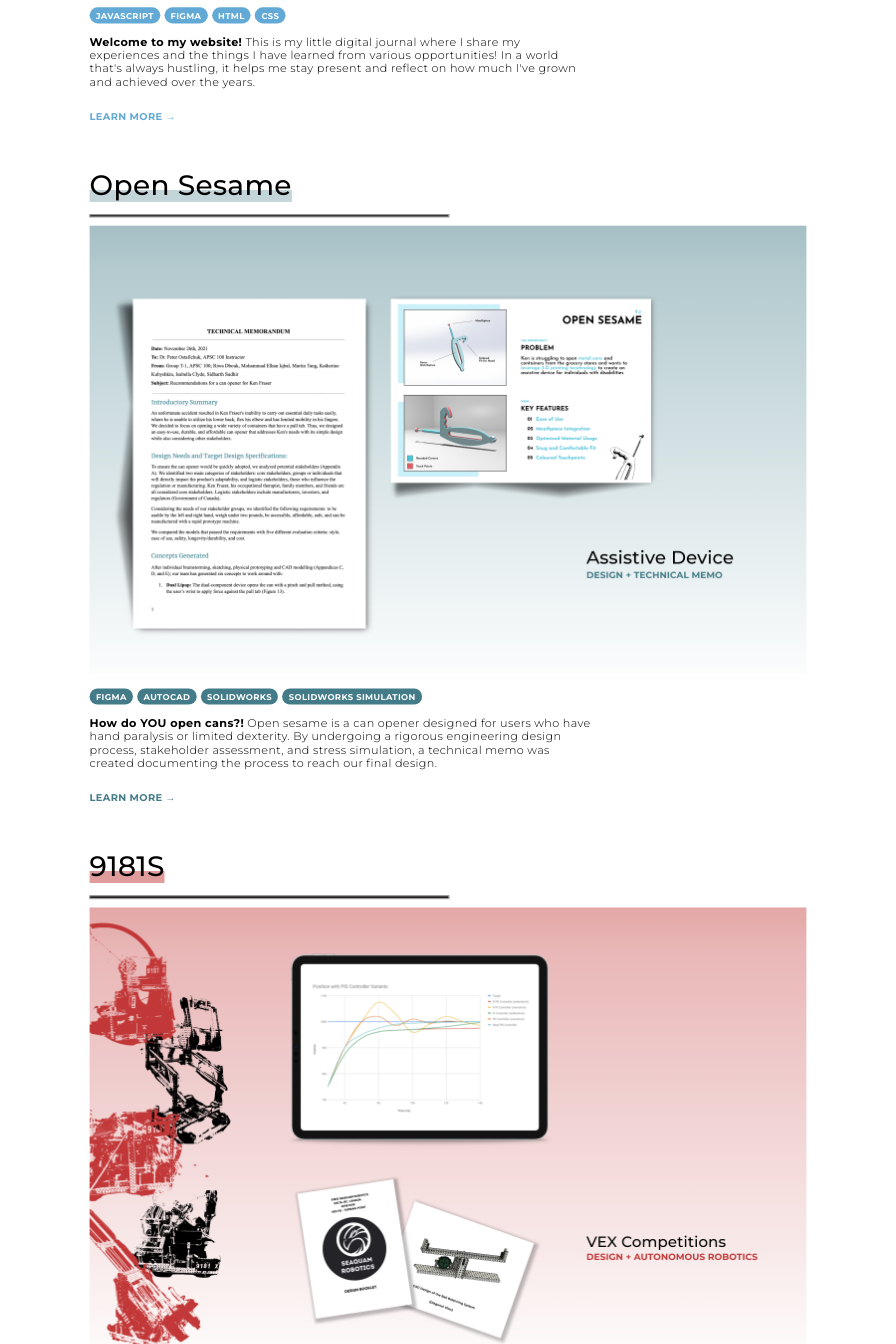
Repository: TangMartin/martintang
Page: index.html
The author's editor kept a copy of each file at every save. The page is drawn from the files as they stood at one save, then again after the next save.
The browser window is 1280 px wide. The pictures show the part of the page from y = 2828 to 4748 px (the page is 5186 px tall), at 70% of full size.

Above is the page before, as saved 2021-11-30 23:29:13.

### index.html
<!DOCTYPE html>

<html>
    <head>
        <link href="./styles/style.css" rel="stylesheet">
        <link rel="preconnect" href="https://fonts.googleapis.com">
        <link rel="preconnect" href="https://fonts.gstatic.com" crossorigin>
        <link href="https://fonts.googleapis.com/css2?family=Montserrat:wght@300;500;700&display=swap" rel="stylesheet">
        <meta name="viewport" content="width=device-width, initial-scale=1.0">
        <link rel="icon" type"image/x-icon" href="./assets/images/Favicon.png">
        <title> Martin Tang</title>
    </head>

    <body>
        <!-- Main Page-->
        <div class="flex-main">
            <!-- Left Box-->
            <div class="flex-left">
                <h1 class="fade-in1">Hello! <span class="wave" style="margin-left: 4%;">👋🏻</span> </h1>
                <h1 class="fade-in2">I'm Martin Tang</h1>
                <hr style="height:5px; width:15%; margin-left:0; background-color:#222020; display: inline-block">
                <h3 class="fade-in3">I'm a <strong>developer</strong> who believes in leveraging technology to build more inclusive, ethical and innovative softwares. </h3>
                <h3 class="fade-in3">I strive to create genuine relationships and values for both businesses, organizations, and users.</h3>
            </div>
            <!-- Right Box -->
            <div id="phone" class="flex-right">
                <div class="image-stack">
                    <a style="grid-column: 8; grid-row: 10; cursor: pointer; --turn-radius: 12deg; cursor: pointer;" href="./Martin_Tang_Resume.pdf" target="_blank">
                        <img src="./assets/polaroids/Resume.png"/>
                    </a>
                    <img style="grid-column: 3; grid-row: 1; --turn-radius: -12deg;" src="./assets/polaroids/Apsc100.png" />
                    <img style="grid-column: 1; grid-row: 7; --turn-radius: -12deg;" src="./assets/polaroids/Sunset.png" />
                    <img style="grid-column: 7; grid-row: 5; --turn-radius: 15deg;" src="./assets/polaroids/Hongkongpng.png" />
                    <a style="grid-column: 3; grid-row: 12; --turn-radius: -12deg; cursor: pointer;" href="#featuredwork">
                        <img src="./assets/polaroids/Aboutme.png" />
                    </a>
                    <img style="grid-column: 4; grid-row: 5; --turn-radius: -4deg;"src="./assets/polaroids/Jetski.png" />
                    <a style="grid-column: 5; grid-row: 9; --turn-radius: 10deg; cursor: pointer;" href="./pages/aboutme.html">
                        <img src="./assets/polaroids/Projects.png"/>
                    </a>
                </div>
            </div>
        </div>

         <!-- Featured Work -->
        <div class="featured_work" id="featuredwork">
            <h1 style="text-align: center; padding-top: 5rem;"> Featured Work </h1>
            <ul class="work_list">

                <!-- Umami -->
                <li class="work_item" style="--work-color: #447551;">
                    <h1><span class="highlight" style="--highlighter-color: #44755154;">Umami</span></h1>
                    <hr style="height:2.5px; width:50%; margin-left:0; background-color:#222020; display: inline-block; margin">
                    <img class="work_image" src="./assets/images/Umami.png" />
                    <div class="technologies">
                        <p>FASTAPI</p>
                        <p>REACT NATIVE</p>
                        <p>REDUX-SAGA</p>
                        <p>MySQL</p>
                        <p>DOCKER</p>
                        <p>PYTHON</p>
                    </div>
                    <p class="work_description">
                        <strong>IN PROGRESS!</strong> - A mobile application and website for users to search for recipes based on ingredients 🥑 The application allows user to create an account, view recipes scraped from the web, and be apart of a community full of hungry college students OR self-proclaimed chefs.
                    </p>
                    <h3> LEARN MORE → </h3>
                </li>

                <!-- Personal Website -->
                <li class="work_item" style="--work-color: #62AAD5;">
                    <h1><span class="highlight" style="--highlighter-color: #a5cde4b6;">Martintang</span></h1>
                    <hr style="height:2.5px; width:50%; margin-left:0; background-color:#222020; display: inline-block">
                    <img class="work_image" src="./assets/images/Personalwebsite.png" />
                    <div class="technologies">
                        <p>JAVASCRIPT</p>
                        <p>FIGMA</p>
                        <p>HTML</p>
                        <p>CSS</p>
                    </div>
                    <p class="work_description">
                        <strong>Welcome to my website!</strong> This is my little digital journal where I share my experiences and the things I have learned from various opportunities! In a world that's always hustling, it helps me stay present and reflect on how much I've grown and achieved over the years.
                    </p>
                    <h3> LEARN MORE → </h3>
                </li>

                <!-- Assistive Device -->
                <li class="work_item" style="--work-color: #437C88;">
                    <h1><span class="highlight" style="--highlighter-color: #437c8852;">Open Sesame</span></h1>
                    <hr style="height:2.5px; width:50%; margin-left:0; background-color:#222020; display: inline-block">
                    <img class="work_image" src="./assets/images/Assistivedevice.png" />
                    <div class="technologies">
                        <p>FIGMA</p>
                        <p>AUTOCAD</p>
                        <p>SOLIDWORKS</p>
                        <p>SOLIDWORKS SIMULATION</p>
                    </div>
                    <p class="work_description">
                        <strong>How do YOU open cans?!</strong> Open sesame is a can opener designed for users who have hand paralysis or limited dexterity. By undergoing a rigorous engineering design process, stakeholder assessment, and stress simulation, a technical memo was created documenting the process to reach our final design.
                    </p>
                    <h3> LEARN MORE → </h3>
                </li>

                <!-- VEX Robotics -->
                <li class="work_item" style="--work-color: #C23838;">
                    <h1><span class="highlight" style="--highlighter-color: #c2383880;">9181S</span></h1>
                    <hr style="height:2.5px; width:50%; margin-left:0; background-color:#222020; display: inline-block">
                    <img class="work_image" src="./assets/images/Robotics.png" />
                    <div class="technologies">
                        <p>C++</p>
                        <p>ODOMETRY</p>
                        <p>PROS</p>
                        <p>AUTOCAD</p>
                        <p>FUSION360</p>
                    </div>
                    <p class="work_description">
                        <strong>How do YOU open cans?!</strong> Open sesame is a can opener designed for users who have hand paralysis or limited dexterity. By undergoing a rigorous engineering design process, stakeholder assessment, and stress simulation, a technical memo was created documenting the process to reach our final design.
                    </p>
                    <h3> LEARN MORE → </h3>
                </li>
            </ul>

            <!-- Footer -->
            <footer>
                <div>
                    <ul>
                        <li><a href="https://martintang.xyz"><img src="./assets/footericons/Website.png" height="30px"></a></li>
                        <li><a href="https://github.com/TangMartin" target="_blank"><img src="./assets/footericons/Github.png" height="30px"></a></li>
                        <li><a href="https://linkedin.com/in/martin-txng" target="_blank"><img src="./assets/footericons/Linkedin.png" height="30px"></a></li>
                        <li><a href="mailto:martintxng@gmail.com" target="_blank"><img src="./assets/footericons/Mail.png" height="30px"></a></li>
                        <li><a href="mailto:martintxng@gmail.com target="_blank""><img src="./assets/footericons/Twitter.png" height="30px"></a></li>
                        <li><a href="https://www.instagram.com/martintxng" target="_blank"><img src="./assets/footericons/Instagram.png" height="30px"></a></li>
                    </ul>
                </div>
            </footer>
        </div>
    </body>
</html>

### styles/style.css
:root {
    --highlighter-color: #EEDF5B;
    --work-color: #1cca73;
    --turn-radius: 6deg;
}

html{
    scroll-behavior: smooth;
}
body {
    max-width: 70rem;
    margin-right: auto;
    margin-left: auto;
    width: 80vw;
    padding-top: 2rem;
}

body,
h1,
h2,
h3,
h4,
h5 {
  font-family: 'Montserrat', sans-serif;
  letter-spacing: 0.5px;
}

h3 {
    margin-top: 10px;
    color: #222020;
    font-size: 20px;
    font-weight: 300;
}

/* MAIN PAGE */
.flex-main {
    display: flex;
    flex-direction: row;
}
.flex-main h1 {
    display: flex;
    flex-direction: row;
    font-size: 50px;
    margin: 5px 0px 10px 0px;
}

.flex-left {
    width: 40%;
    padding-top: 23%;
    padding-bottom: 2%;
}
.flex-right {
    width: 60%;
}
.image-stack{
    display: grid;
    grid-template-columns: repeat(12, 55px);
    grid-template-rows: repeat(19, 48px);
    padding-left: 10%;

}
.image-stack img {
    transition: all 0.3s ease-in-out 0s;
}
.image-stack img:hover {
    transform: rotate(var(--turn-radius));
    transition: all 0.3s ease-in-out 0s;
}

.wave {
    animation-name: wave-animation;
    animation-duration: 2.5s;
    animation-iteration-count: infinite;
    transform-origin: 70% 70%;
    display: inline-block;
  }

  @keyframes wave-animation {
      0% { transform: rotate( 0.0deg) }
     10% { transform: rotate(14.0deg) }  /* The following five values can be played with to make the waving more or less extreme */
     20% { transform: rotate(-8.0deg) }
     30% { transform: rotate(14.0deg) }
     40% { transform: rotate(-4.0deg) }
     50% { transform: rotate(10.0deg) }
     60% { transform: rotate( 0.0deg) }  /* Reset for the last half to pause */
    100% { transform: rotate( 0.0deg) }
  }
.fade-in1 {
    opacity: 0;
	animation: fadeIn;
    animation-duration: 2s;
    animation-fill-mode: forwards;
}
.fade-in2 {
    opacity: 0;
	animation: fadeIn;
    animation-duration: 2s;
    animation-delay: 1s;
    animation-fill-mode: forwards;
}
.fade-in3 {
    opacity: 0;
	animation: fadeIn;
    animation-duration: 3s;
    animation-delay: 1.5s;
    animation-fill-mode: forwards;
}
@keyframes fadeIn {
  from {
  	opacity: 0;
  }
  to {
 	opacity: 1;
  }
}

/* FEATUERED WORK */
.featured_work {
    margin-top: -5%;
}
.featured_work h1 {
    font-size: 40px;
}
.work_list {
    list-style: none;
    padding-left: 0;
}
.work_item {
    margin-top: 4rem;
}
.work_item h1{
    margin-bottom: 1%;
}
.work_item h3{
    margin-top: 3%;
    font-weight: bold;
    font-size: 14px;
    color: var(--work-color);
}
.work_image {
    max-width: 100%;
}
.work_description {
    margin-top: 5px;
    font-weight: 350;
    width: 70%;
}
.highlight {
    background: linear-gradient(180deg, #FFFFFF 65%, var(--highlighter-color) 65%);
    font-weight: 400;
}
.technologies {
    margin-top: 5px;
    display: flex;
    flex-direction:row;
    color: var(--work-color);
}
.technologies p {
    font-size: 12px;
    margin-right: 6px;
    color: #FFFFFF;
    font-weight: 600;
    border-radius:20px;
    padding: 4px 9px 4px 9px;
    background: var(--work-color);
}
/* ABOUT ME */
.aboutme_image {
    max-width: auto;
    height: 100%;
    justify-content: center;
    opacity: 0;
	animation: fadeIn;
    animation-duration: 2s;
    animation-fill-mode: forwards;
}
.flexabout-left {
    width: 30%;
    padding-bottom: 2%;
    display: flex;
    justify-content: center;
}
.flexabout-right{
    width: 70%;
    padding-bottom: 2%;
    padding-left: 2rem;
}
.flexabout-right a{
    font-weight: bold;
}

After the next save:
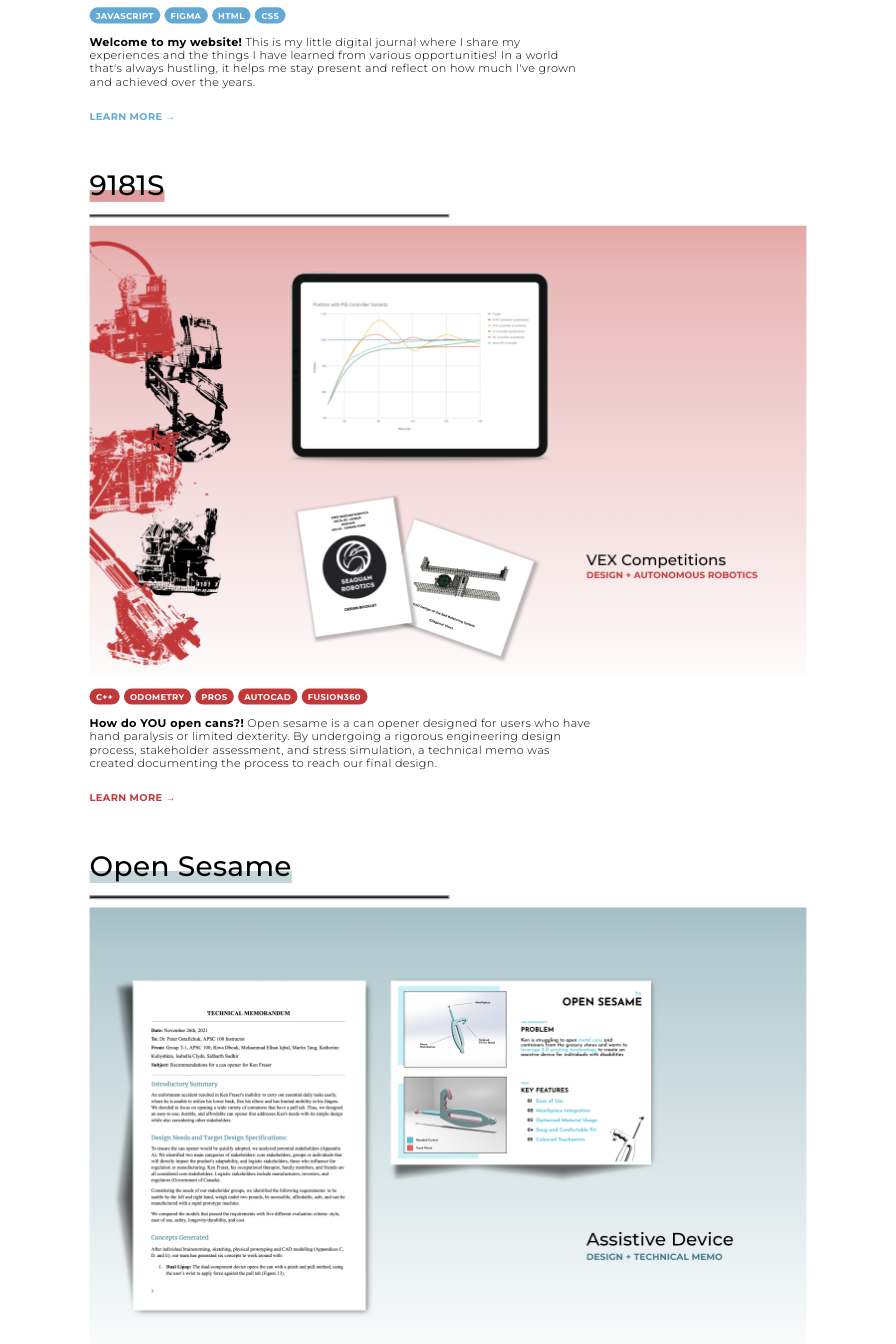
Saved 66 s later.
--- a/index.html
+++ b/index.html
@@ -83,23 +83,6 @@
                     <h3> LEARN MORE → </h3>
                 </li>
 
-                <!-- Assistive Device -->
-                <li class="work_item" style="--work-color: #437C88;">
-                    <h1><span class="highlight" style="--highlighter-color: #437c8852;">Open Sesame</span></h1>
-                    <hr style="height:2.5px; width:50%; margin-left:0; background-color:#222020; display: inline-block">
-                    <img class="work_image" src="./assets/images/Assistivedevice.png" />
-                    <div class="technologies">
-                        <p>FIGMA</p>
-                        <p>AUTOCAD</p>
-                        <p>SOLIDWORKS</p>
-                        <p>SOLIDWORKS SIMULATION</p>
-                    </div>
-                    <p class="work_description">
-                        <strong>How do YOU open cans?!</strong> Open sesame is a can opener designed for users who have hand paralysis or limited dexterity. By undergoing a rigorous engineering design process, stakeholder assessment, and stress simulation, a technical memo was created documenting the process to reach our final design.
-                    </p>
-                    <h3> LEARN MORE → </h3>
-                </li>
-
                 <!-- VEX Robotics -->
                 <li class="work_item" style="--work-color: #C23838;">
                     <h1><span class="highlight" style="--highlighter-color: #c2383880;">9181S</span></h1>
@@ -117,8 +100,24 @@
                     </p>
                     <h3> LEARN MORE → </h3>
                 </li>
+
+                <!-- Assistive Device -->
+                <li class="work_item" style="--work-color: #437C88;">
+                    <h1><span class="highlight" style="--highlighter-color: #437c8852;">Open Sesame</span></h1>
+                    <hr style="height:2.5px; width:50%; margin-left:0; background-color:#222020; display: inline-block">
+                    <img class="work_image" src="./assets/images/Assistivedevice.png" />
+                    <div class="technologies">
+                        <p>FIGMA</p>
+                        <p>AUTOCAD</p>
+                        <p>SOLIDWORKS</p>
+                        <p>SOLIDWORKS SIMULATION</p>
+                    </div>
+                    <p class="work_description">
+                        <strong>How do YOU open cans?!</strong> Open sesame is a can opener designed for users who have hand paralysis or limited dexterity. By undergoing a rigorous engineering design process, stakeholder assessment, and stress simulation, a technical memo was created documenting the process to reach our final design.
+                    </p>
+                    <h3> LEARN MORE → </h3>
+                </li>
             </ul>
-
             <!-- Footer -->
             <footer>
                 <div>
